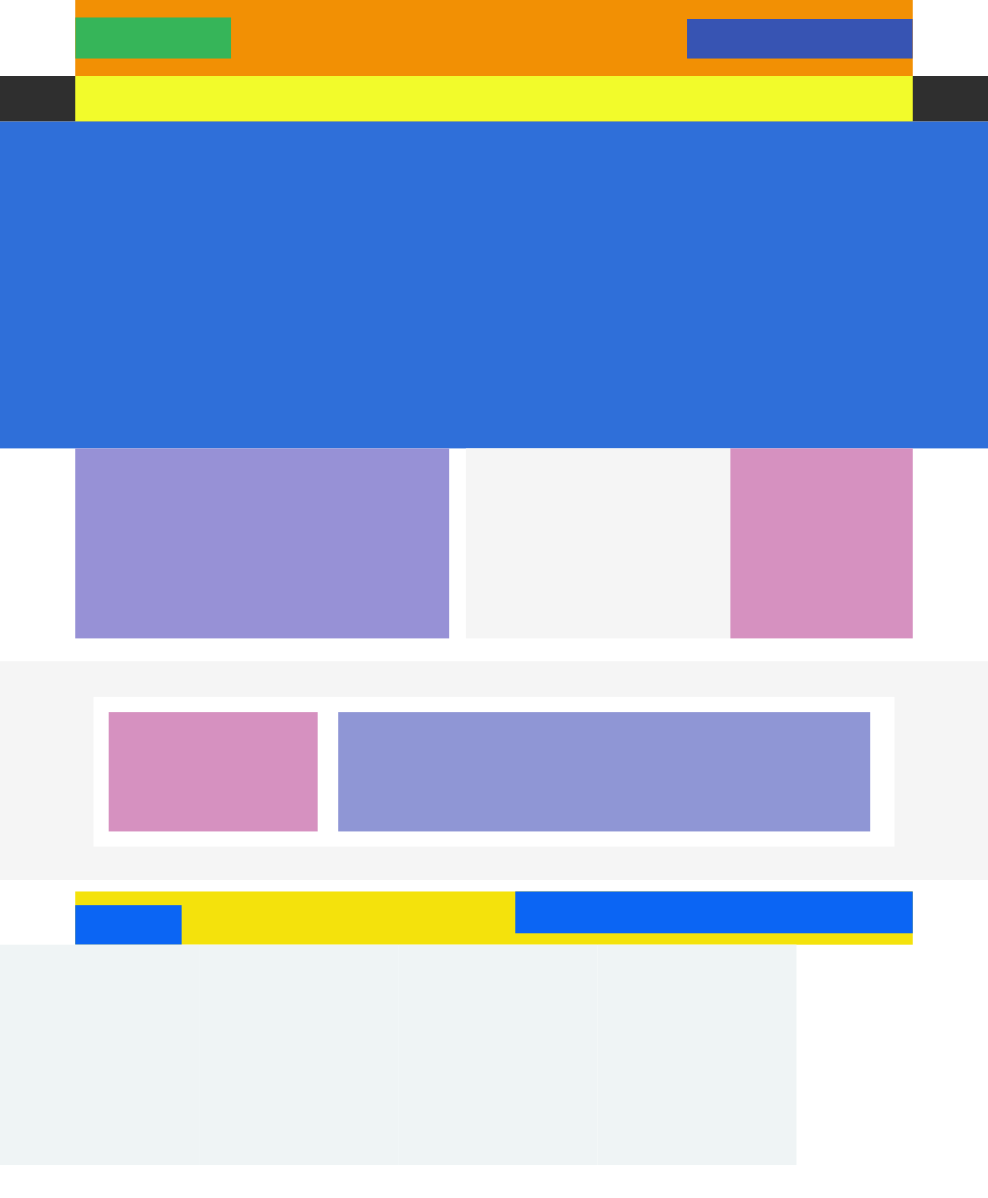
Repository: A1LExX/H5_study_set
Page: day04/扣丁.html
The author's editor kept a copy of each file at every save. The page is drawn from the files as they stood at one save, then again after the next save.
The browser window is 1280 px wide. The page is 1300 px wide, so the pictures cover 1300 px, including what lies to the right of the window. The pictures show the whole page, at 76% of full size.

Above is the page before, as saved 2021-06-24 22:29:14.

### day04/扣丁.html
<!--
@author [Alex Wei]
@email [w2262196@outlook.com]
@create date 2021-06-24 19:47:26
@modify date 2021-06-24 20:46:20
@desc [description]
-->
<!DOCTYPE html>
<html lang="en">

<head>
    <meta charset="UTF-8">
    <meta http-equiv="X-UA-Compatible" content="IE=edge">
    <meta name="viewport" content="width=device-width, initial-scale=1.0">
    <title>扣丁学堂</title>
    <link rel="stylesheet" href="./css/codingke.css">
</head>

<body>
    <div class="header">
        <div class="insideHeader">
            <div class="leftBox"></div>
            <div class="rightBox"></div>
        </div>
    </div>
    <div class="con1">
        <div class="out1"></div>
    </div>
    <div class="con2"></div>
    <div class="con3">
        <div class="out2">
            <div class="con3Box1"></div>
            <div class="con3Box2"></div>
            <div class="con3Box3"></div>
        </div>
    </div>
    <div class="con4">
        <div class="out3">
            <div class="con4Box1"></div>
            <div class="con4Box2"></div>
        </div>
    </div>
    <div class="con5">
        <div out="out4">
            <div class="out4_1">
                <div class="out4_1Box1"></div>
                <div class="out4_1Box2"></div>
            </div>
            <div class="out4_2">
                <div class="out4_2Box1"></div>
                <div class="out4_2Box2"></div>
                <div class="out4_2Box3"></div>
                <div class="out4_2Box4"></div>
            </div>
        </div>
    </div>
</body>

</html>

### day04/css/codingke.css
/**
 * @author [Alex Wei]
 * @email [w2262196@outlook.com]
 * @create date 2021-06-24 13:00:50
 * @modify date 2021-06-24 22:29:14
 * @desc [description]
 */
*{
    padding: 0;
    margin: 0;
}
.header{
    width: 1300px;
    height: 100px;
}
.insideHeader{
    width: 1102px;
    height: 100px;
    background: #f29004;
    overflow: hidden;
    margin: 0 auto;
}
.leftBox{
    width: 205px;
    height: 54px;
    background: #36b559;
    float: left;
    margin-top: 23px;
}
.rightBox{
    width: 297px;
    height: 52px;
    background: #3754b3;
    float: right;
    margin-top: 25px;
}
.con1{
    width: 1300px;
    height: 60px;
    background: #2f2f2f;
}
.out1{
    width: 1102px;
    height: 60px;
    background: #f2fb2b;
    margin: 0 auto;
}
.con2{
    width: 1300px;
    height: 430px;
    background: #2f6fd9;
}
.con3{
    width: 1300px;
    height: 250px;
    padding-bottom: 30px;
}
.out2{
    width: 1102px;
    height: 250px;
    margin: 0 auto;
}
.con3Box1{
    width: 492px;
    height: 250px;
    background: #9791d6;
    float: left;
    margin-right: 22px;
}
.con3Box2{
    width: 348px;
    height: 250px;
    float: left;
    background: #f5f5f5;
}
.con3Box3{
    width: 240px;
    height: 250px;
    float: left;
    background: #d691c0;
}
.con4{
    width: 1300px;
    height: 288px;
    background: #f5f5f5;
    overflow: hidden;
}
.out3{
    width: 1002px;
    height: 157px;
    background: #ffffff;
    margin: 0 auto;
    padding-top: 20px;
    padding-right:32px;
    padding-left: 20px;
    padding-bottom: 20px;
    margin-top: 47px;
    margin-bottom: 45px;
}
.con4Box1{
    width: 275px;
    height: 157px;
    background: #d691c0;
    float: left;
    margin-right: 27px;

}
.con4Box2{
    width: 700px;
    height: 157px;
    background: #8f96d5;
    float: left;
}
.con5{
    width: 1300px;
    height: 373px;
    overflow: hidden;
    padding-top: 15px;
    padding-bottom: 30px;
}
.out4{
    width: 1102px;
    height: 373px;
}
.out4_1{
    width: 1102px;
    height: 70px;
    background: #f4e20c;
    margin: 0 auto;
}
.out4_2{
    width: 1102px;
    height: 290px;
}
.out4_1Box1{
    width: 140px;
    height: 52px;
    float: left;
    background: #0b65f4;
    margin-top: 18px;
}
.out4_1Box2{
    width: 523px;
    height: 55px;
    float: right;
    background: #0b65f4;
}
.out4_2Box1{
    width: 262px;
    height: 290px;
    float: left;
    background: #eff4f5;
}
.out4_2Box2{
    width: 262px;
    height: 290px;
    float: left;
    background: #eff4f5;
}
.out4_2Box3{
    width: 262px;
    height: 290px;
    float: left;
    background: #eff4f5;
}
.out4_2Box4{
    width: 262px;
    height: 290px;
    float: left;
    background: #eff4f5;
}

After the next save:
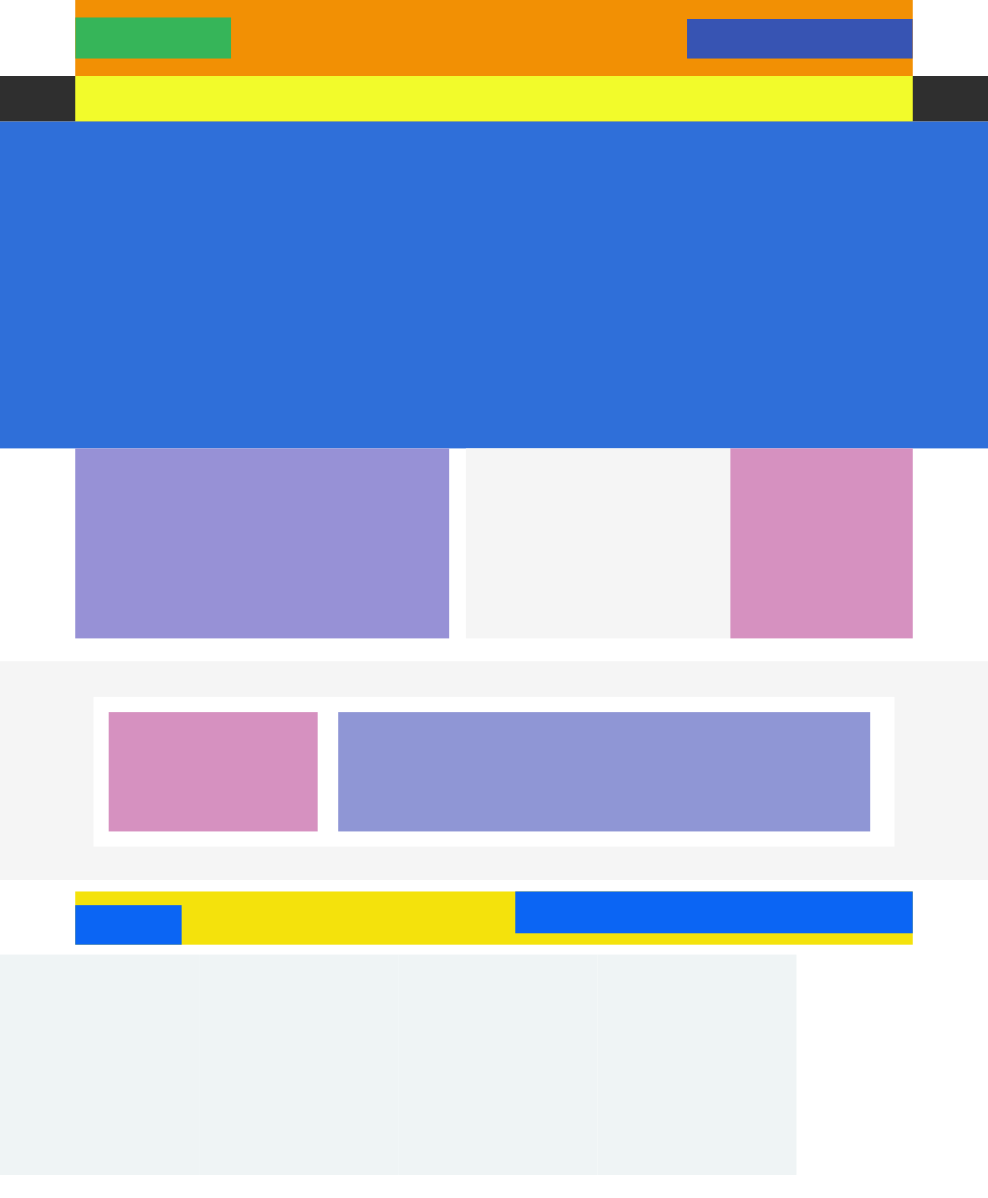
Saved 71 s later.
--- a/day04/css/codingke.css
+++ b/day04/css/codingke.css
@@ -2,7 +2,7 @@
  * @author [Alex Wei]
  * @email [w2262196@outlook.com]
  * @create date 2021-06-24 13:00:50
- * @modify date 2021-06-24 22:29:14
+ * @modify date 2021-06-24 22:30:25
  * @desc [description]
  */
 *{
@@ -127,6 +127,7 @@
     height: 70px;
     background: #f4e20c;
     margin: 0 auto;
+    margin-bottom: 13px;
 }
 .out4_2{
     width: 1102px;
